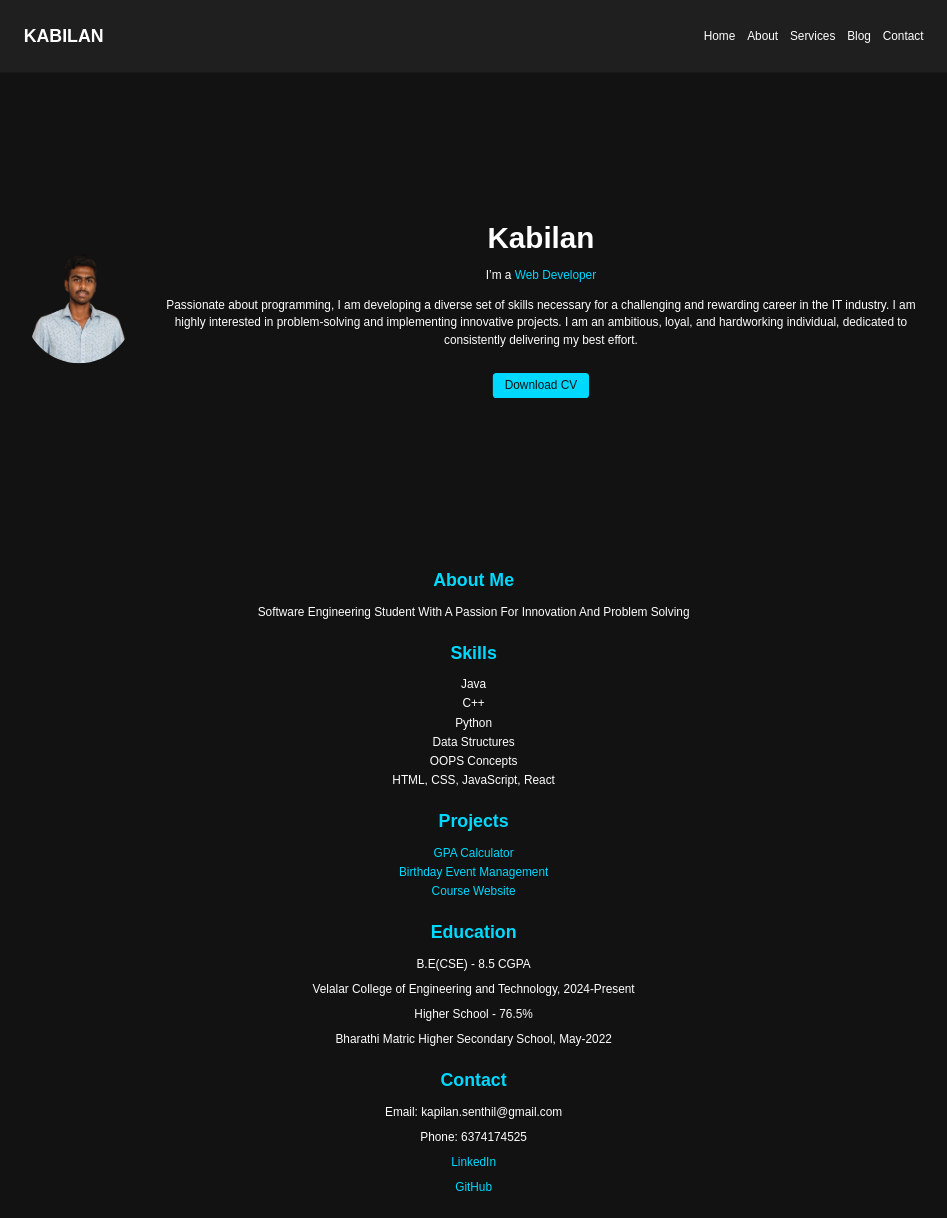
Repository: KabilanCoding/Kabilan_Portfolio
Page: /
The author's editor kept a copy of each file at every save. The page is drawn from the files as they stood at one save, then again after the next save.
The browser window is 1280 px wide. The pictures show the whole page, at 74% of full size.
The project was rebuilt for these pictures with package versions that can differ from the ones it lists, and the page was loaded fresh each time.

Above is the page before, as saved 2024-07-22 20:31:07.

### src/App.js
import React from 'react';
import Home from './components/Home';
import About from './components/About';
import Skills from './components/Skills';
import Projects from './components/Projects';
import Education from './components/Education';
import Contact from './components/Contact';
import './App.css';  // Assuming you have a CSS file for styling

const App = () => {
    return (
        <div className="App">
            <Home />
            <About />
            <Skills />
            <Projects />
            <Education />
            <Contact />
        </div>
    );
};

export default App;

### src/components/Home.js
import React from 'react';
import './Home.css';  // Assuming you have a CSS file for styling
import profilePic from '../images/1.png';  // Adjust the path if necessary

const Home = () => {
    return (
        <div className="home">
            <nav className="navbar">
                <div className="logo">KABILAN</div>
                <ul>
                    <li>Home</li>
                    <li>About</li>
                    <li>Services</li>
                    <li>Blog</li>
                    <li>Contact</li>
                </ul>
            </nav>
            <header className="header">
                <div className="profile-pic">
                    <img src={profilePic} alt="Kabilan" />
                </div>
                <div className="intro">
                    <h1>Kabilan</h1>
                    <p>I’m a <span>Web Developer</span></p>
                    <p>Passionate about programming, I am developing a diverse set of skills necessary for a challenging and rewarding career in the IT industry. I am highly interested in problem-solving and implementing innovative projects. I am an ambitious, loyal, and hardworking individual, dedicated to consistently delivering my best effort.</p>
                    <button className="download-cv">Download CV</button>
                </div>
            </header>
        </div>
    );
};

export default Home;

### src/components/About.js
import React from 'react';

const About = () => {
    return (
        <div className="about">
            <h2>About Me</h2>
            <p>Software Engineering Student With A Passion For Innovation And Problem Solving</p>
        </div>
    );
};

export default About;

### src/components/Skills.js
import React from 'react';

const Skills = () => {
    return (
        <div className="skills">
            <h2>Skills</h2>
            <ul>
                <li>Java</li>
                <li>C++</li>
                <li>Python</li>
                <li>Data Structures</li>
                <li>OOPS Concepts</li>
                <li>HTML, CSS, JavaScript, React</li>
            </ul>
        </div>
    );
};

export default Skills;

### src/components/Projects.js
import React from 'react';

const Projects = () => {
    return (
        <div className="projects">
            <h2>Projects</h2>
            <ul>
                <li><a href="https://github.com/KabilanCoding/GPA-">GPA Calculator</a></li>
                <li><a href="https://github.com/KabilanCoding/Birthday-Event-Management/tree/master">Birthday Event Management</a></li>
                <li><a href="https://github.com/KabilanCoding/Course_Website">Course Website</a></li>
            </ul>
        </div>
    );
};

export default Projects;

### src/components/Education.js
import React from 'react';

const Education = () => {
    return (
        <div className="education">
            <h2>Education</h2>
            <p>B.E(CSE) - 8.5 CGPA</p>
            <p>Velalar College of Engineering and Technology, 2024-Present</p>
            <p>Higher School - 76.5%</p>
            <p>Bharathi Matric Higher Secondary School, May-2022</p>
        </div>
    );
};

export default Education;

### src/components/Contact.js
import React from 'react';

const Contact = () => {
    return (
        <div className="contact">
            <h2>Contact</h2>
            <p>Email: kapilan.senthil@gmail.com</p>
            <p>Phone: 6374174525</p>
            <p><a href="https://www.linkedin.com/in/kabilan-s-5602242a4/">LinkedIn</a></p>
            <p><a href="https://github.com/KabilanCoding/">GitHub</a></p>
        </div>
    );
};

export default Contact;

### src/App.css
.App {
  text-align: center;
}

.about, .skills, .projects, .education, .contact {
  margin: 2rem;
}

h2 {
  color: #00d9ff;
}

ul {
  list-style: none;
  padding: 0;
}

li {
  margin: 0.5rem 0;
}

a {
  color: #00d9ff;
  text-decoration: none;
}

a:hover {
  text-decoration: underline;
}

### src/components/Home.css
body {
    margin: 0;
    font-family: Arial, sans-serif;
    background-color: #121212;
    color: #ffffff;
}

.navbar {
    display: flex;
    justify-content: space-between;
    align-items: center;
    padding: 1rem 2rem;
    background-color: #1f1f1f;
}

.navbar .logo {
    font-size: 1.5rem;
    font-weight: bold;
}

.navbar ul {
    list-style: none;
    display: flex;
    gap: 1rem;
}

.navbar ul li {
    cursor: pointer;
}

.header {
    display: flex;
    align-items: center;
    justify-content: center;
    padding: 2rem;
    height: 80vh;
}

.profile-pic img {
    border-radius: 50%;
    width: 150px;
    height: 150px;
}

.intro {
    margin-left: 2rem;
}

.intro h1 {
    font-size: 2.5rem;
    margin: 0;
}

.intro p {
    font-size: 1rem;
    line-height: 1.5;
}

.intro span {
    color: #00d9ff;
}

.download-cv {
    padding: 0.5rem 1rem;
    background-color: #00d9ff;
    border: none;
    color: #121212;
    cursor: pointer;
    font-size: 1rem;
    border-radius: 5px;
    margin-top: 1rem;
}

Loaded but not shown: public/index.html (common file); src/index.js (common file); src/index.css (common file); src/reportWebVitals.js (common file)

After the next save:
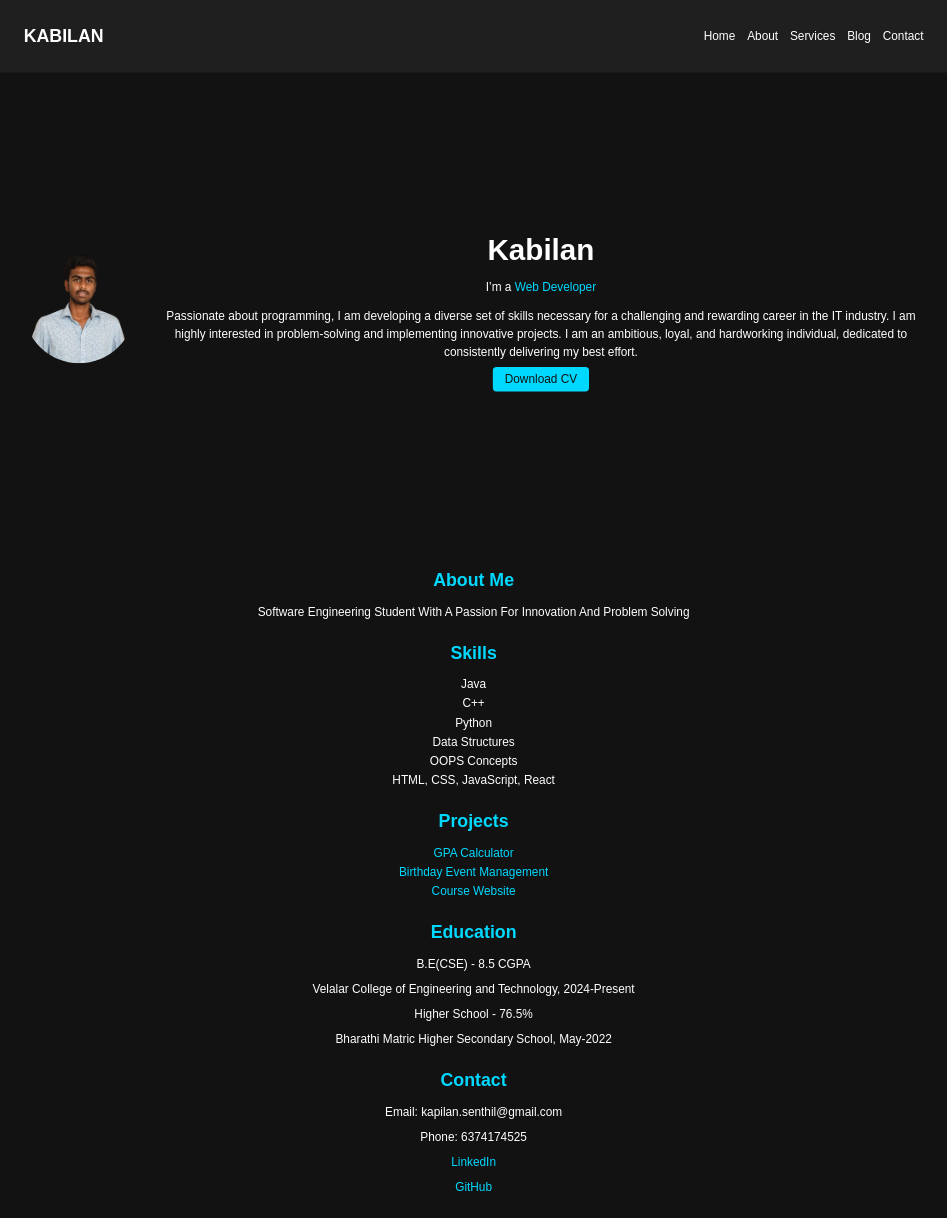
Saved 23 h 34 min later.
--- a/src/components/Home.js
+++ b/src/components/Home.js
@@ -1,6 +1,6 @@
 import React from 'react';
 import './Home.css';  // Assuming you have a CSS file for styling
-import profilePic from '../images/1.png';  // Adjust the path if necessary
+import profilePic from '../images/1.png';  // Adjust the path
 
 const Home = () => {
     return (
@@ -23,7 +23,9 @@ const Home = () => {
                     <h1>Kabilan</h1>
                     <p>I’m a <span>Web Developer</span></p>
                     <p>Passionate about programming, I am developing a diverse set of skills necessary for a challenging and rewarding career in the IT industry. I am highly interested in problem-solving and implementing innovative projects. I am an ambitious, loyal, and hardworking individual, dedicated to consistently delivering my best effort.</p>
-                    <button className="download-cv">Download CV</button>
+                    <a href="https://www.linkedin.com/in/kabilan-s-5602242a4/" className="download-cv" target="_blank" rel="noopener noreferrer">
+                        Download CV
+                    </a>
                 </div>
             </header>
         </div>

After the save that followed:
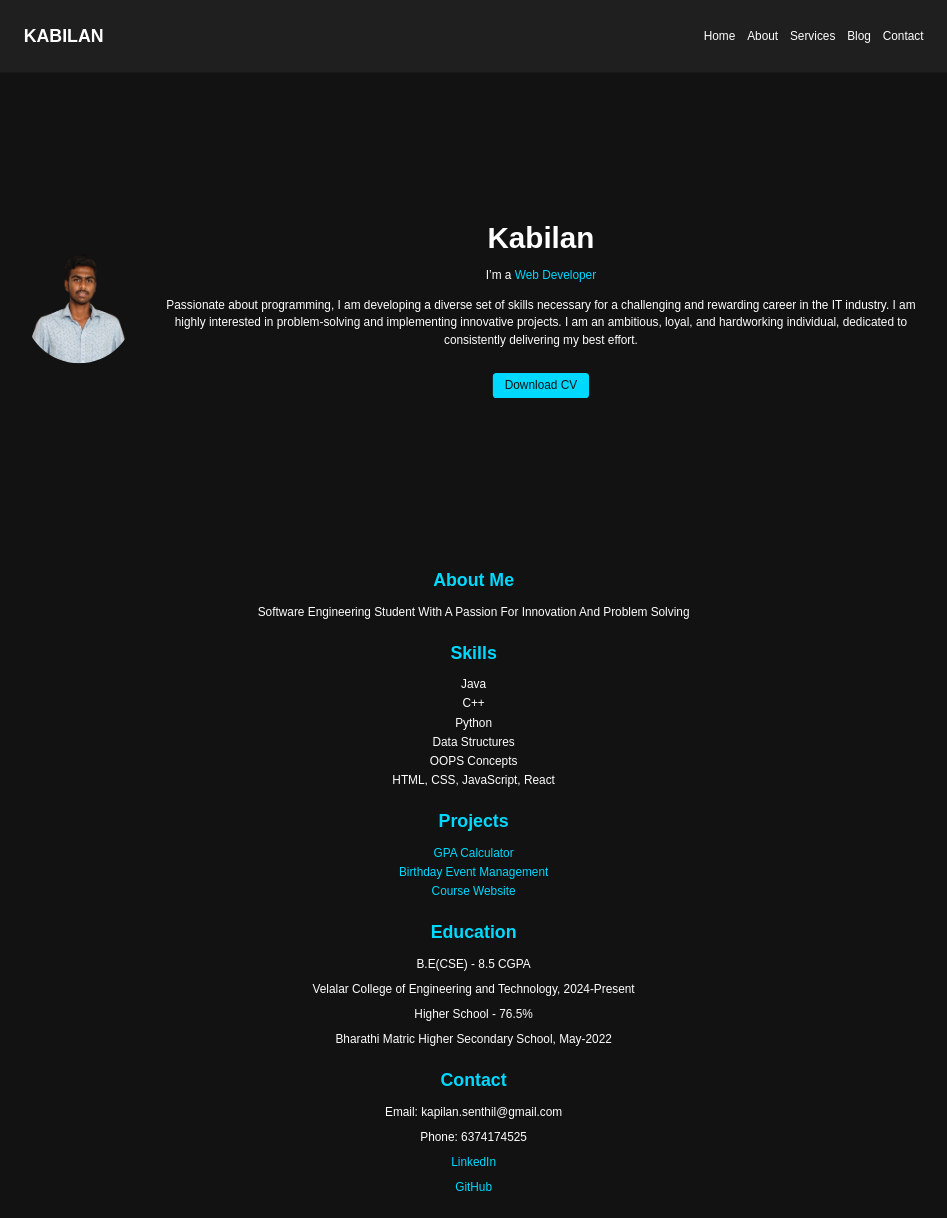
Saved 17 s later.
--- a/src/components/Home.css
+++ b/src/components/Home.css
@@ -61,12 +61,17 @@ body {
 }
 
 .download-cv {
+    display: inline-block;
     padding: 0.5rem 1rem;
     background-color: #00d9ff;
-    border: none;
     color: #121212;
-    cursor: pointer;
+    text-decoration: none;
     font-size: 1rem;
     border-radius: 5px;
     margin-top: 1rem;
+    transition: background-color 0.3s ease;
 }
+
+.download-cv:hover {
+    background-color: #00b4cc;
+}
